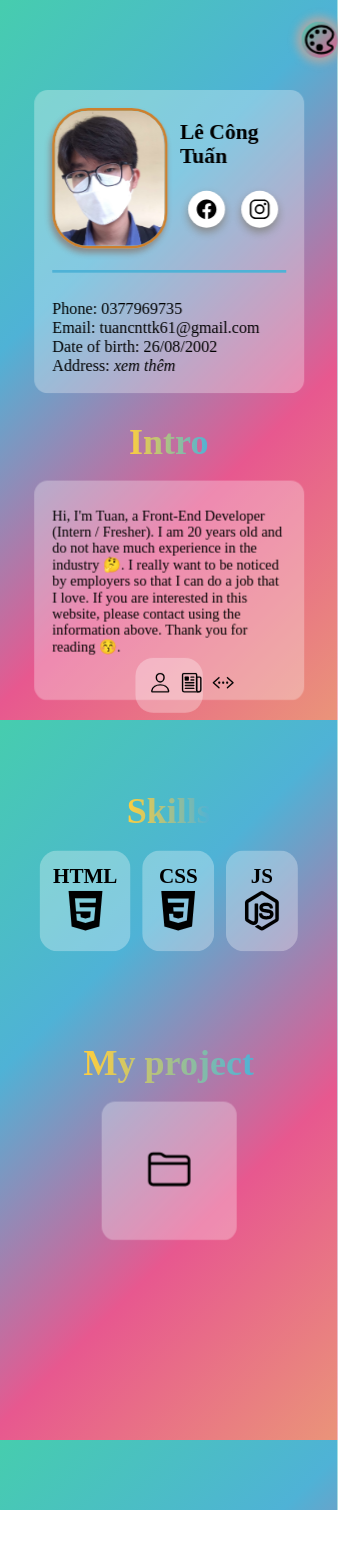
Repository: LeCongTuan2608/Profile
Page: index.html
These files come from the project's save history. The page is drawn as it stood at one moment and after the next save; the edit follows.
The browser window is 375 px wide. The pictures show the whole page, at 90% of full size.
Backgrounds fixed to the window are drawn as part of the page. The style sheet was rebuilt from its Sass, Less or Tailwind sources for each picture, by a compiler version that may differ from the author's.

Above is the page before, as saved 2022-05-05 12:41:00.

After the next save:
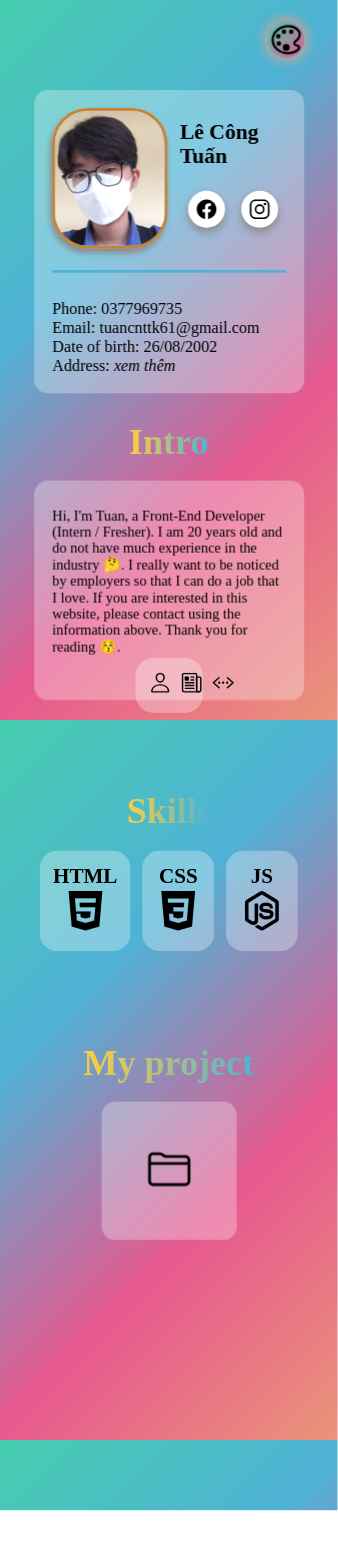
Saved 37 s later.
--- a/sass/style.scss
+++ b/sass/style.scss
@@ -444,7 +444,7 @@ background-color: #a5e296;
     .palette{
         position: fixed;
         top: 3%;
-        right: 0%;
+        right: 10%;
         font-size: 40px;
     }
 }
